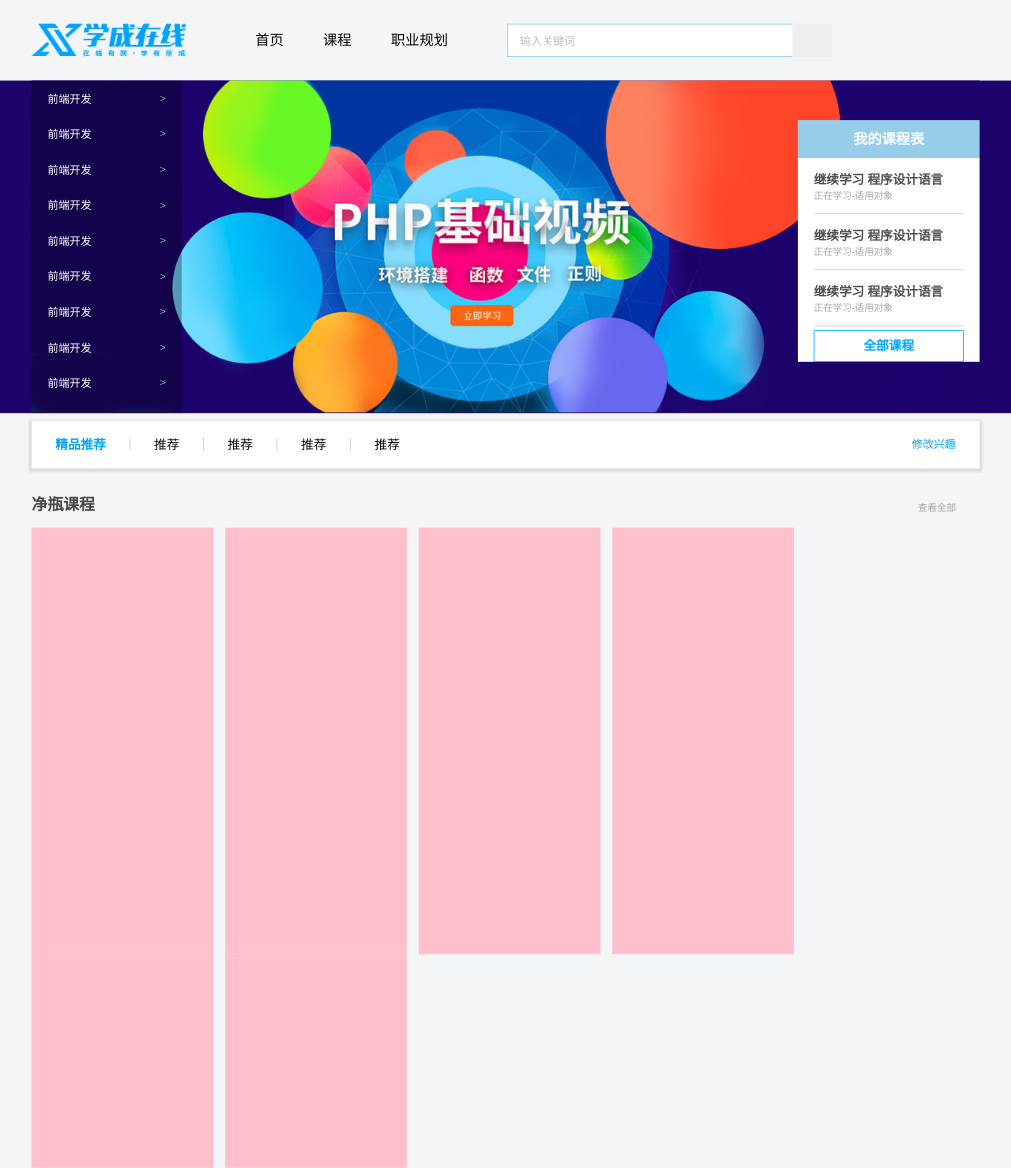
Repository: R1Deemo/Web-Project
Page: index..html
These files come from the project's save history. The page is drawn as it stood at one moment and after the next save; the edit follows.
The browser window is 1280 px wide. The pictures show the whole page, at 79% of full size.

Above is the page before, as saved 2022-03-09 19:21:26.

After the next save:
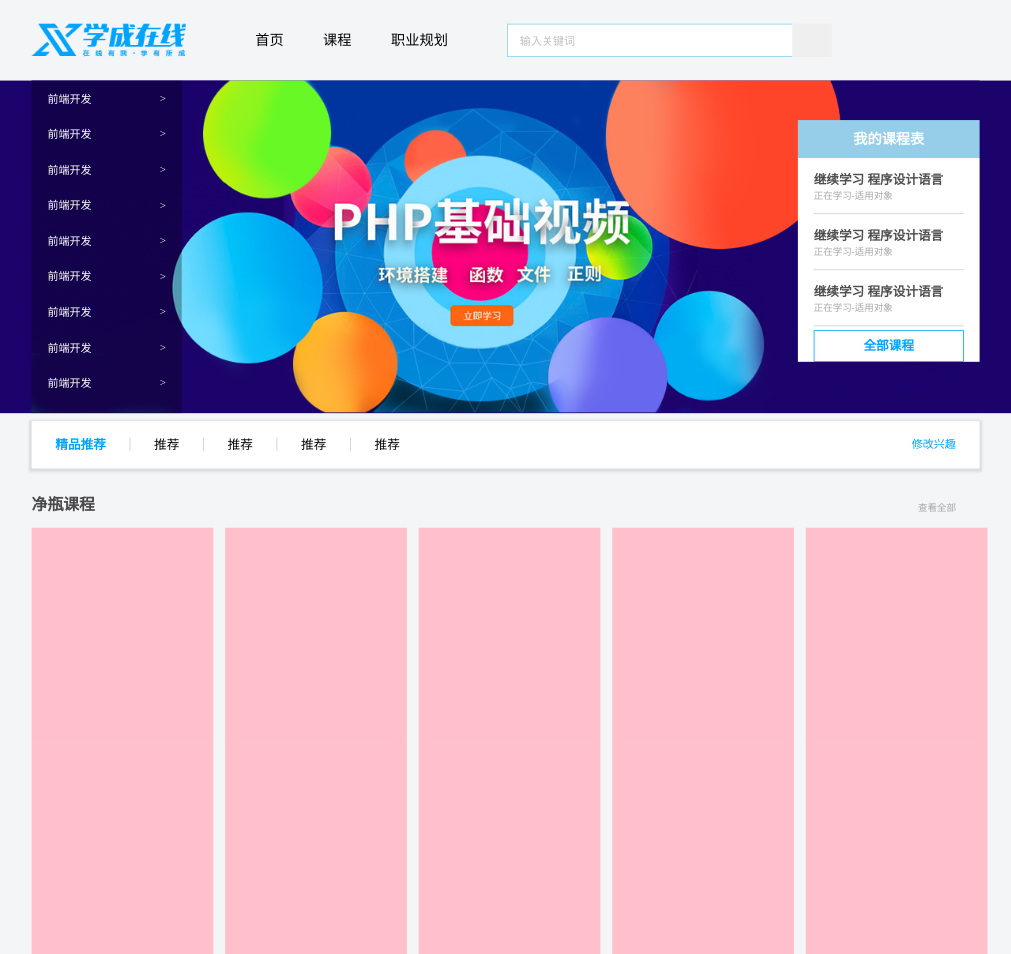
Saved 99 s later.
--- a/style.css
+++ b/style.css
@@ -226,10 +226,15 @@
     margin-right: 30px;
 }
 
+.box-bd ul {
+    width: 1225px;
+}
+
 .box-bd ul li {
     float: left;
     width: 230px;
     height: 270px;
     background-color: pink;
     margin-right: 15px;
-}
+    margin-top: ;
+}
